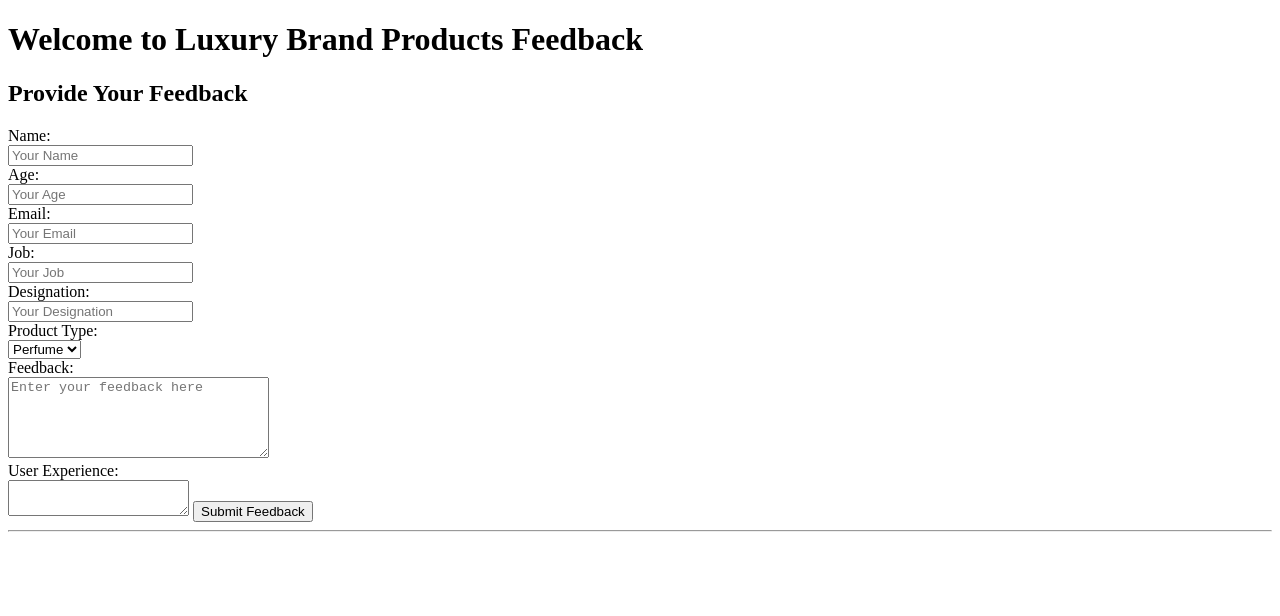
Repository: Huijiacute/JavaScriptEssential
Page: productSurvey/product_survey.html
The author's editor kept a copy of each file at every save. The page is drawn from the files as they stood at one save, then again after a run of saves.
The browser window is 1280 px wide. The pictures show the whole page.

Above is the page before, as saved 2026-03-06 09:00:01.

### productSurvey/product_survey.html
<!DOCTYPE html>
<html>
<head>
  <title>Luxury Brand Feedback</title>
</head>
<body>
  <h1>Welcome to Luxury Brand Products Feedback</h1>
  <h2>Provide Your Feedback</h2>
  <label for="name">Name:</label><br>
  <input type="text" id="name" placeholder="Your Name" required><br>
  <label for="age">Age:</label><br>
  <input type="number" id="age" placeholder="Your Age" required><br>
  <label for="email">Email:</label><br>
  <input type="email" id="email" placeholder="Your Email" required><br>
  <label for="job">Job:</label><br>
  <input type="text" id="job" placeholder="Your Job" required><br>
  <label for="designation">Designation:</label><br>
  <input type="text" id="designation" placeholder="Your Designation" required><br>
  <label for="productType">Product Type:</label><br>
  <select id="productType" required>
    <option value="perfume">Perfume</option>
    <option value="cream">Cream</option>
    <option value="oils">Oils</option>
  </select><br>
  <label for="feedbackText">Feedback:</label><br>
  <textarea id="feedbackText" rows="5" cols="30" placeholder="Enter your feedback here" required></textarea><br>
  <label for="userExp">User Experience: </label><br>
  <textarea id="userExp" placeholder="" rows=""></textarea>
  <button id="submitBtn">Submit Feedback</button>
<hr>

<div id="userInfo" style="display: none;">
  <h2>User Information:</h2>
  <p>Name: <span id="userName"></span></p>
  <p>Age: <span id="userAge"></span></p>
  <p>Email: <span id="userEmail"></span></p>
  <p>Job: <span id="userJob"></span></p>
  <p>Designation: <span id="userDesignation"></span></p>
  <p>Feedback for  <span id="userProductChoice"></span>: <span id="userFeedback"></span></p>
</div>
<script src="./product_survey.js"></script>
</body>
</html>

### productSurvey/product_survey.js
const submitButton=document.getElementById('submitBtn');
submitButton.addEventListener('click', submitFeedback)

function submitFeedback() {
  const username = document.getElementById('name').value;
  const age = document.getElementById('age').value;
  const email = document.getElementById('email').value;
  const job = document.getElementById('job').value;
  const designation = document.getElementById('designation').value;
  const productType = document.getElementById('productType').value;
  const feedback = document.getElementById('feedbackText').value;

  alert('Thank you for your valuable feedback')
  document.getElementById('userName').innerHTML = username;
  document.getElementById('userAge').innerHTML = age;
  document.getElementById('userEmail').innerHTML = email;
  document.getElementById('userJob').innerHTML = job;
  document.getElementById('userDesignation').innerHTML = designation;
  document.getElementById('userProductChoice').innerHTML = productType;
  document.getElementById('userFeedback').innerHTML = feedback;

  document.getElementById('userInfo').style.display = 'block';
}

document.addEventListener('keydown', function(event) {
  if (event.key === 'Enter') {
    submitFeedback();
  }
});

After the next 2 saves:
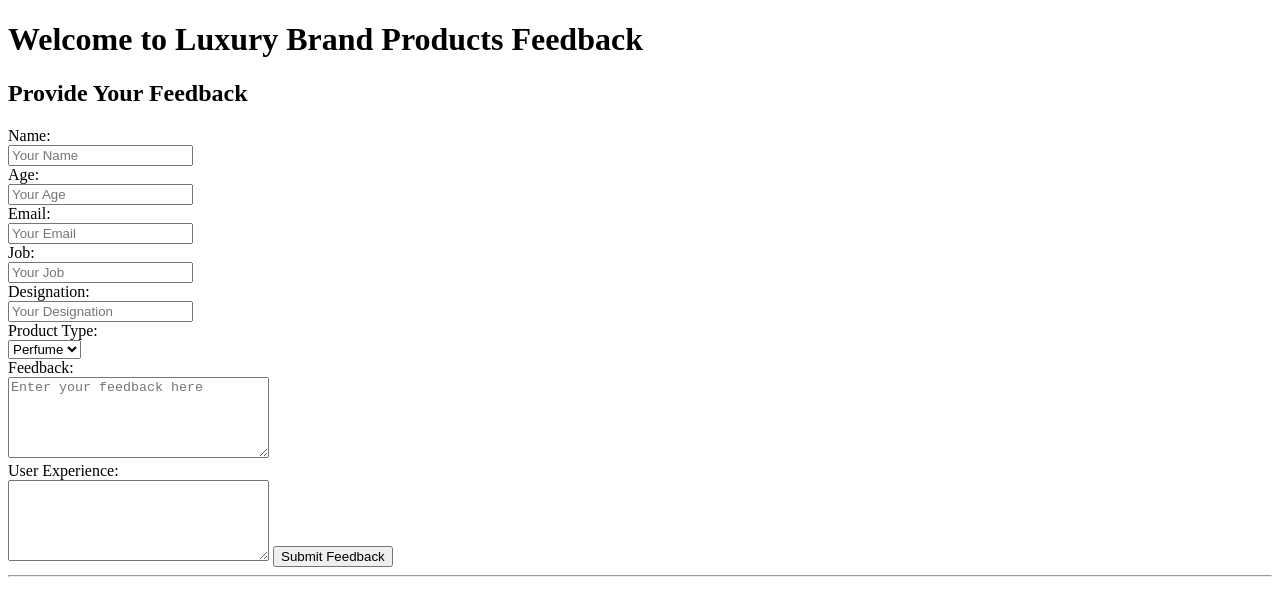
The 2 saves are shown as one change because they came seconds apart.
The last was saved 5 s later.
--- a/productSurvey/product_survey.html
+++ b/productSurvey/product_survey.html
@@ -25,7 +25,7 @@
   <label for="feedbackText">Feedback:</label><br>
   <textarea id="feedbackText" rows="5" cols="30" placeholder="Enter your feedback here" required></textarea><br>
   <label for="userExp">User Experience: </label><br>
-  <textarea id="userExp" placeholder="" rows=""></textarea>
+  <textarea id="userExp" placeholder="" rows="5" cols="30"></textarea>
   <button id="submitBtn">Submit Feedback</button>
 <hr>
 
